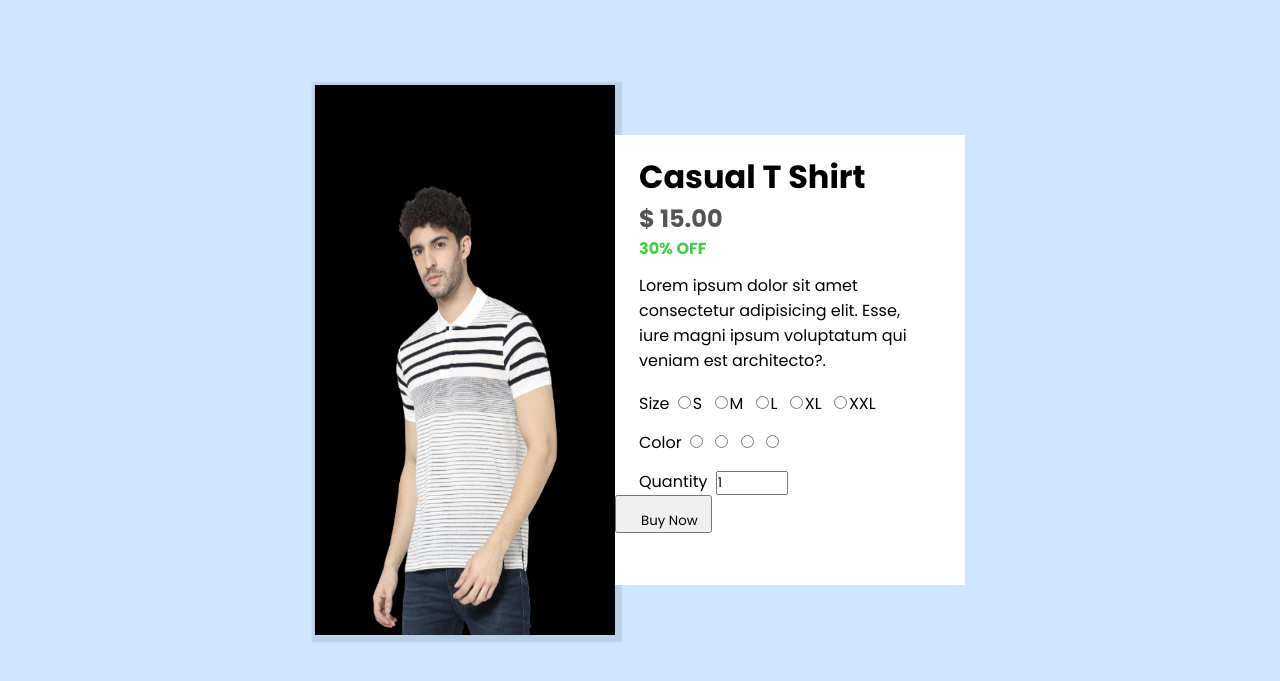
Repository: Ankitkr2021/Product-Page
Page: index.html
An editor plug-in stored every save of this project. The page is shown before and after the next save, followed by the edit.
The browser window is 1280 px wide. The pictures show the whole page.

Above is the page before, as saved 2025-10-24 11:20:18.

### index.html
<!DOCTYPE html>
<html lang="en">
<head>
    <meta charset="UTF-8">
    <meta name="viewport" content="width=device-width, initial-scale=1.0">
    <title>Product Page Design</title>
    <link rel="stylesheet" href="./style.css">
</head>
<body>
    <div class="main">
    <div class="left">
    <div class="image1"><img src="./images/image1.png" alt=""></div>
    <div class="image2"></div>
    <div class="image3"></div>
    </div>
    <div class="right">
        <h1>Casual T Shirt</h1>
        <h2>$ 15.00</h2>
        <h4>30% OFF</h4>
        <p>Lorem ipsum dolor sit amet consectetur adipisicing elit. Esse, iure magni ipsum voluptatum qui veniam est architecto?.</p>

        <div class="size"> Size
        <label><input type="radio" name="size" value="s">S</label>
        <label><input type="radio" name="size" value="m">M</label>
        <label><input type="radio" name="size" value="l">L</label>
        <label><input type="radio" name="size" value="xl">XL</label>
        <label><input type="radio" name="size" value="xxl">XXL</label>
        </div>

        <div class="color">
        Color
        <label><input type="radio" name="color" value="red"></label>
        <label><input type="radio" name="color" value="green"></label>
        <label><input type="radio" name="color" value="blue"></label>
        <label><input type="radio" name="color" value="pink"></label>
        </div>

        <div class="quantity">
            Quantity
            <label><input type="number" id="qty" name="qty" min="1" max="10" value="1"></label>
        </div>

        <button> Buy Now</button>
    </div>
    </div>
</body>
</html>

### style.css
@import url("https://fonts.googleapis.com/css2?family=Poppins:wght@400;700&display=swap");

*{
    margin: 0;
    padding: 0;
    box-sizing: border-box;
    font-family: "Poppins",sans-serif;
}

.main {
    display: flex;
    align-items: center;
    justify-content: center;
    height: 100vh;
    width: 100%;
    background: rgba(187, 219, 255, 0.692);
}

.left {
    height: 550px;
    width: 300px;
    background: #000;
    box-shadow: 2px 2px 2px 5px rgba(0,0,0,0.1);
}

img {
    /* background: green; */
    margin-top: 100px;
    height: 450px;
    width: 300px;
}

.right{
    height: 450px;
    width: 350px;
    background: #fff;
}

.right h1 {
    padding: 18px 12px 0 24px;
}

.right h2 {
    padding: 0 12px 0 24px;
    color: rgb(85, 85, 85);
}

.right h4 {
    padding: 0 12px 12px 24px;
    color: rgb(68, 206, 68);
}

.right p {
    width: 310px;
    padding: 0px 12px 0 24px ;
}

.size {
    padding: 18px 12px 0 24px;
}

input[type="radio"][name="size"] {
  margin-right: 2px;
}

.color {
    padding: 14px 12px 0 24px;
}

.quantity {
    padding: 14px 12px 0 24px;
}

button {
    padding: 14px 12px 0 24px;

}

.right label {
    padding: 4px ;
}

After the next save:
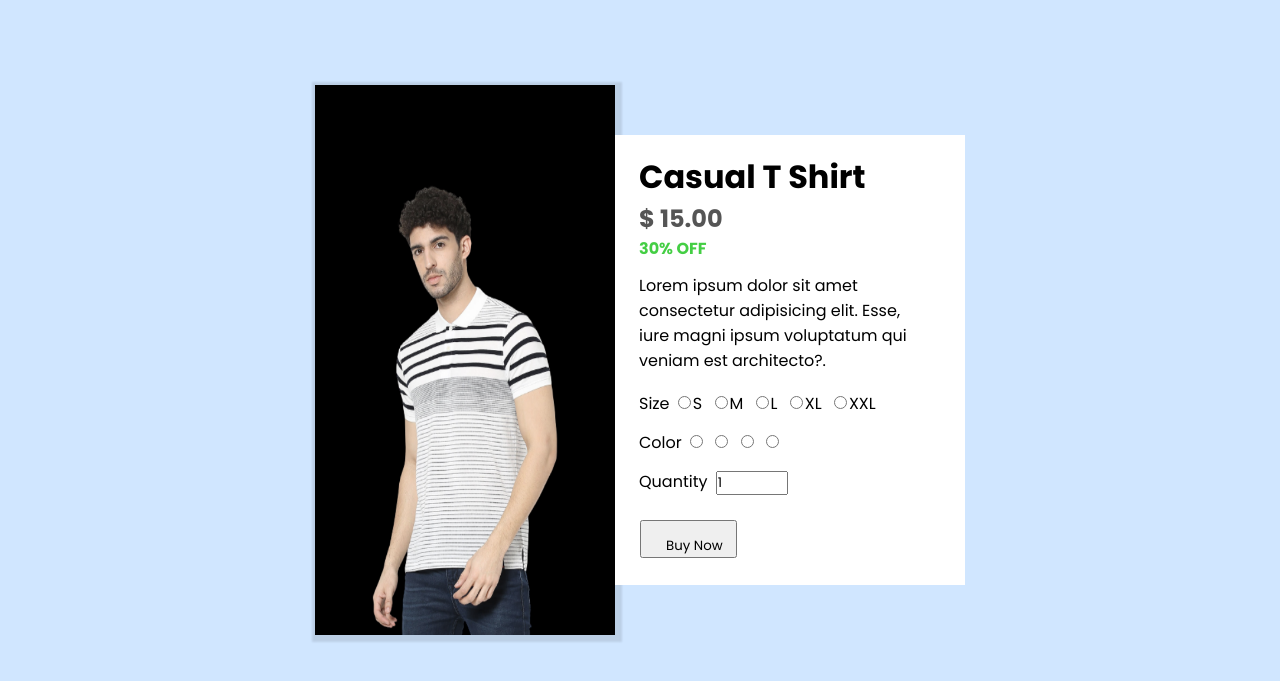
Saved 8 s later.
--- a/style.css
+++ b/style.css
@@ -73,7 +73,7 @@ input[type="radio"][name="size"] {
 
 button {
     padding: 14px 12px 0 24px;
-
+    margin: 25px;
 }
 
 .right label {
